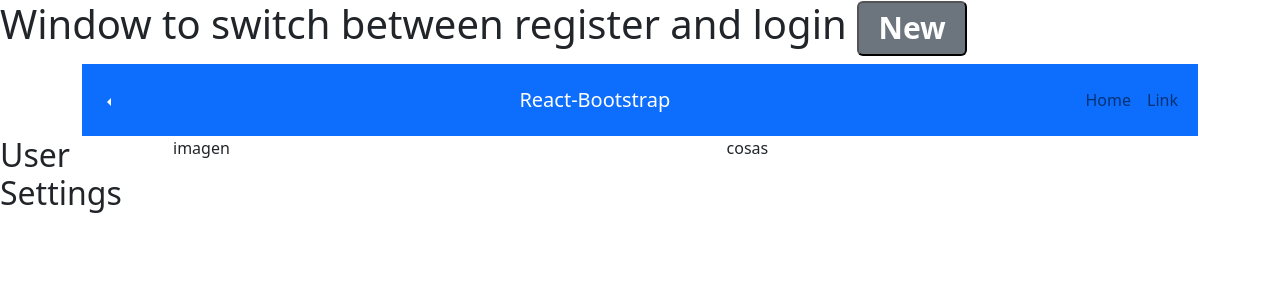
Repository: christenis98/RealWorldApp
Page: / (app in bank-frontend/)
These files come from the project's save history. The page is drawn as it stood at one moment and after the next save; the edit follows.
The browser window is 1280 px wide. The pictures show the whole page.
The project was rebuilt for these pictures with package versions that can differ from the ones it lists, and the page was loaded fresh each time. Also part of the build but not shown: bank-frontend/src/App.css.

Above is the page before, as saved 2022-11-24 11:20:33.

### bank-frontend/src/App.js
import logo from './logo.svg';
import './App.css';
import Badge from 'react-bootstrap/Badge'
import DropStartComponent from './js/DropStartComponent';
import UserSettings from './js/UserSettings';


function App() {
  return (
    <div>
    <h1>
      Window to switch between register and login{' '}
      <Badge bg="secondary" as="Button">
        New
      </Badge>
    </h1>
    <DropStartComponent/>
    <UserSettings/>
  </div>
  );
}

export default App;

### bank-frontend/src/js/DropStartComponent.js
import Dropdown from "react-bootstrap/Dropdown";
import DropdownButton from "react-bootstrap/DropdownButton";
import Nav from "react-bootstrap/Nav";
import Navbar from "react-bootstrap/Navbar";
import NavDropdown from "react-bootstrap/NavDropdown";
import Container from "react-bootstrap/Container";

const DropStartComponent = () => {
  return (
    <Container>
      <Navbar bg="primary" variant="dark" expand="lg">
        <Container>
          <DropdownButton
            key={"start"}
            id={`dropdown-button-drop-${"start"}`}
            drop={"start"}
            variant="primary"
          >
            <Dropdown.Item eventKey="1">Action</Dropdown.Item>
            <Dropdown.Item eventKey="2">Another action</Dropdown.Item>
            <Dropdown.Item eventKey="3">Something else here</Dropdown.Item>
            <Dropdown.Divider />
            <Dropdown.Item eventKey="4">Separated link</Dropdown.Item>
          </DropdownButton>
          <Navbar.Brand href="#home">React-Bootstrap</Navbar.Brand>
          <Navbar.Toggle aria-controls="basic-navbar-nav" />
          <Navbar id="basic-navbar-nav">
            <Nav className="me-auto">
              <Nav.Link href="#home">Home</Nav.Link>
              <Nav.Link href="#link">Link</Nav.Link>
            </Nav>
          </Navbar>
        </Container>
      </Navbar>
    </Container>
  );
};

export default DropStartComponent;

### bank-frontend/src/js/UserSettings.jsx
import React from 'react'

function UserSettings() {
  return (
    <div style={{display:"flex" ,width:"100%"}}>
        <h2>User Settings</h2>
        <div style={{width: "50%"}}>
            imagen
        </div>
        <div style={{width:"50%"}}>
            cosas
        </div>
    </div>
  )
}


export default UserSettings;

Loaded but not shown: bank-frontend/public/index.html (common file); bank-frontend/src/index.js (common file); bank-frontend/src/index.css (common file); bank-frontend/src/reportWebVitals.js (common file)

After the next save:
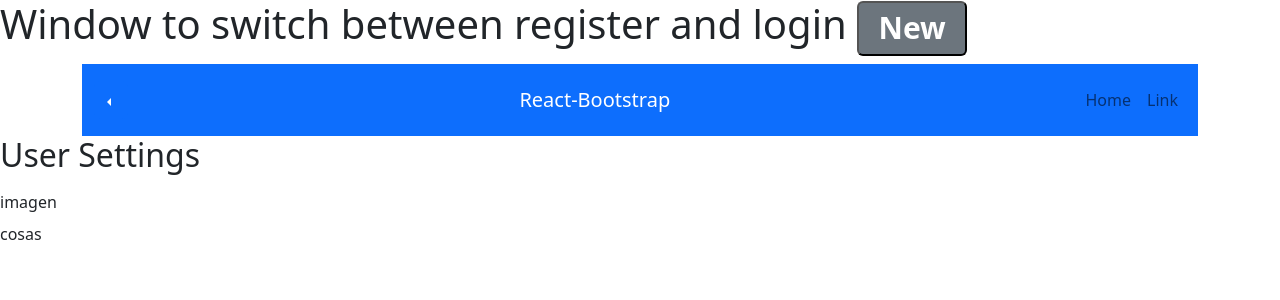
Saved 30 min 9 s later.
--- a/bank-frontend/src/js/UserSettings.jsx
+++ b/bank-frontend/src/js/UserSettings.jsx
@@ -2,7 +2,7 @@ import React from 'react'
 
 function UserSettings() {
   return (
-    <div style={{display:"flex" ,width:"100%"}}>
+    <div className='d-grid gap-2'>
         <h2>User Settings</h2>
         <div style={{width: "50%"}}>
             imagen
